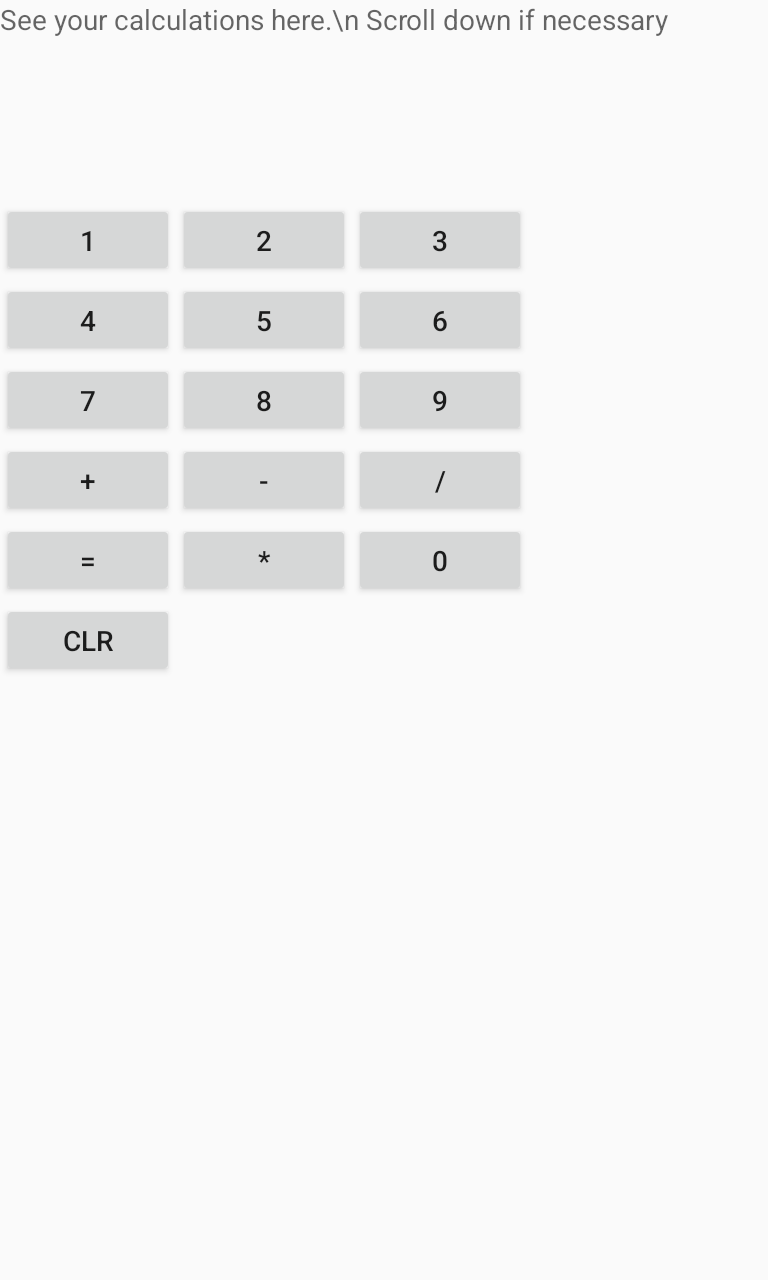
Repository: apoorvelec/AndroidApps
Layout: Calculator1pt1/res/layout/activity_main.xml
An editor plug-in stored every save of this project. The layout is shown before and after the next save, followed by the edit.
It is drawn on a 768 x 1280 px phone screen (xhdpi) without system bars, with theme AppTheme; the app's code is not run.

Above is the layout before, as saved 2016-05-22 17:53:19.

After the next save:
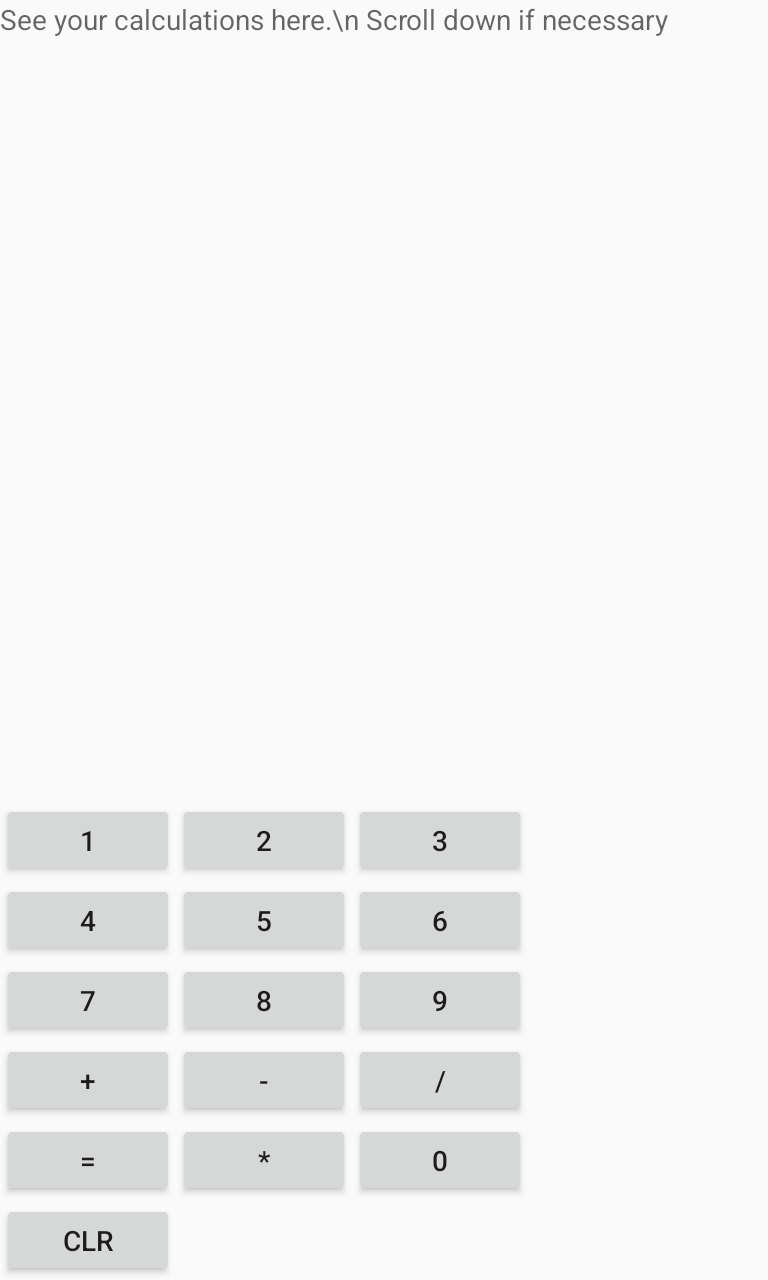
Saved 110 s later.
--- a/Calculator1pt1/res/layout/activity_main.xml
+++ b/Calculator1pt1/res/layout/activity_main.xml
@@ -6,7 +6,8 @@
 
    <!--This is the Calculator's topmost output screen  -->
    <TextView android:id="@+id/text"
-      android:layout_width="fill_parent"
+      android:layout_weight="1"
+      android:layout_width="wrap_content"
       android:layout_height="100dp"
       android:hint="See your calculations here.\n Scroll down if necessary"
       android:scrollbars="vertical" />
